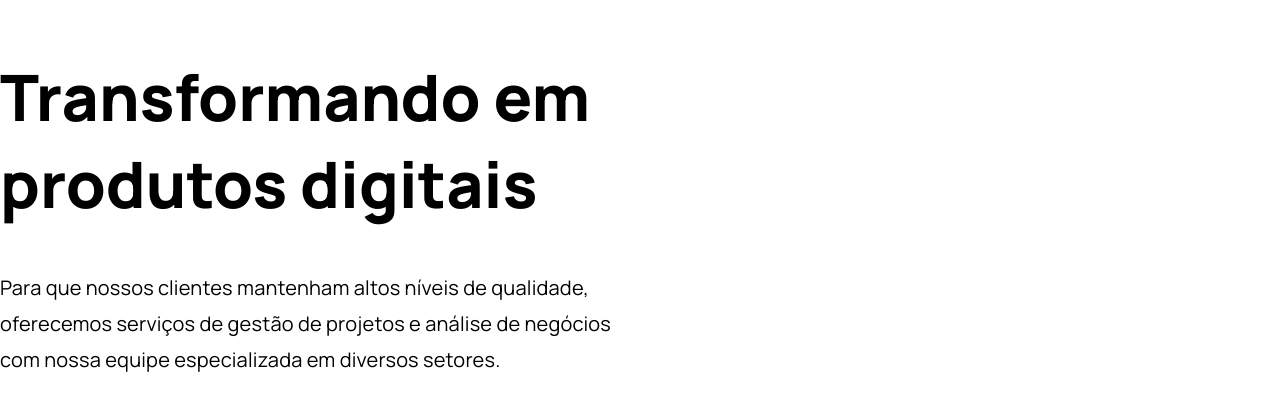
Repository: kleber-goncalves/Landing-Page-Gestao-de-projetos-dnc
Page: index.html
An editor plug-in stored every save of this project. The page is shown before and after a run of saves, followed by the edit.
The browser window is 1280 px wide. The pictures show the whole page.

Above is the page before, as saved 2025-01-04 14:53:05.

### index.html
<!DOCTYPE html>
<html lang="pt-br">
<head>
    <meta charset="UTF-8">
    <meta name="viewport" content="width=device-width, initial-scale=1.0">
    <link rel="stylesheet" href="style.css">
    <link rel="preconnect" href="https://fonts.googleapis.com">
    <link rel="preconnect" href="https://fonts.gstatic.com" crossorigin>
    <link href="https://fonts.googleapis.com/css2?family=Manrope:wght@200..800&display=swap" rel="stylesheet">
    <title>Document</title>
</head>
<body>
    <main>
        <section id="topo" >
            <div id="elemnt-topo">
                <h1>Transformando em produtos digitais</h1>
                <p>Para que nossos clientes mantenham altos níveis de qualidade, oferecemos serviços de gestão de projetos e análise de negócios com nossa equipe especializada em diversos setores.</p>
            </div>
        </section>
    </main>
</body>
</html>

### style.css
body {
    margin: 0;
    font-size: 100%;
    box-sizing: border-box;
}

#topo {
    display:flex ;
    flex-direction: row;
    justify-items: flex-start;
    align-items: center;
}

#elemnt-topo > h1 {
    width: 665px;
    height: 164px;
    font-family: "Manrope", serif;
    font-size: 64px;
    font-weight: 800;
    color: black;
}

#elemnt-topo > p {
    font-family: "Manrope", serif;
    width:  650px;
    height: 99px;
    font-family: Manrope;
font-size: 20px;
font-weight: 400;
line-height: 36px;
letter-spacing: 0.20000004768371582px;
text-align: left;
text-underline-position: from-font;
text-decoration-skip-ink: none;



}

After the next 2 saves:
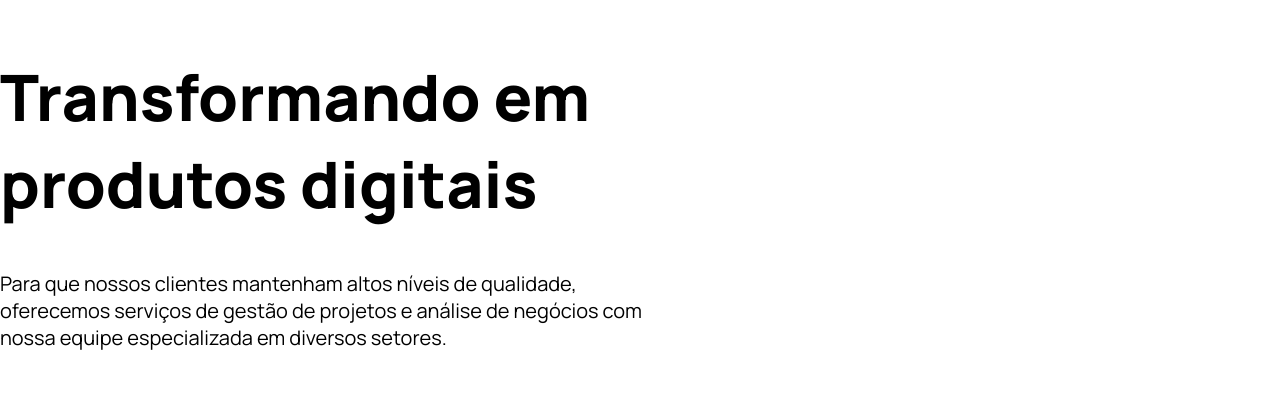
The 2 saves are shown as one change because they came seconds apart.
The last was saved 8 s later.
--- a/style.css
+++ b/style.css
@@ -27,12 +27,5 @@ body {
     font-family: Manrope;
 font-size: 20px;
 font-weight: 400;
-line-height: 36px;
-letter-spacing: 0.20000004768371582px;
-text-align: left;
-text-underline-position: from-font;
-text-decoration-skip-ink: none;
-
-
 
 }
